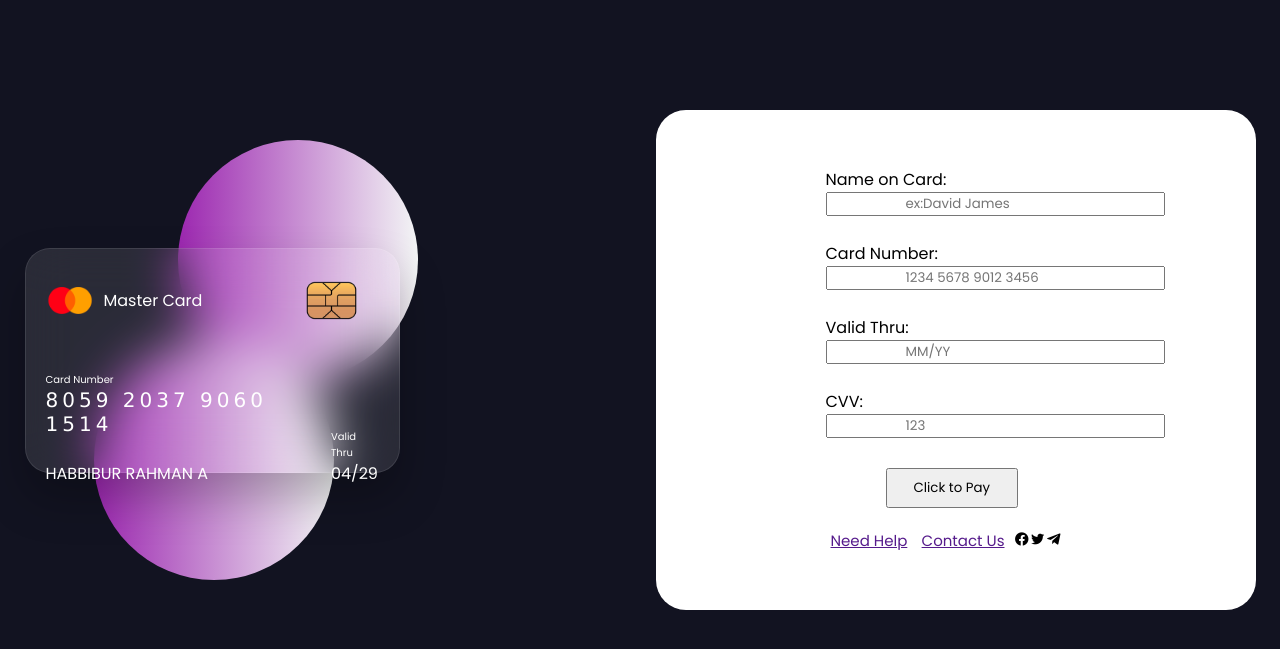
Repository: Habeebur1493/-002-Prompt
Page: index.html
An editor plug-in stored every save of this project. The page is shown before and after a run of saves, followed by the edit.
The browser window is 1280 px wide. The pictures show the whole page.

Above is the page before, as saved 2024-09-11 01:39:49.

After the next 4 saves:
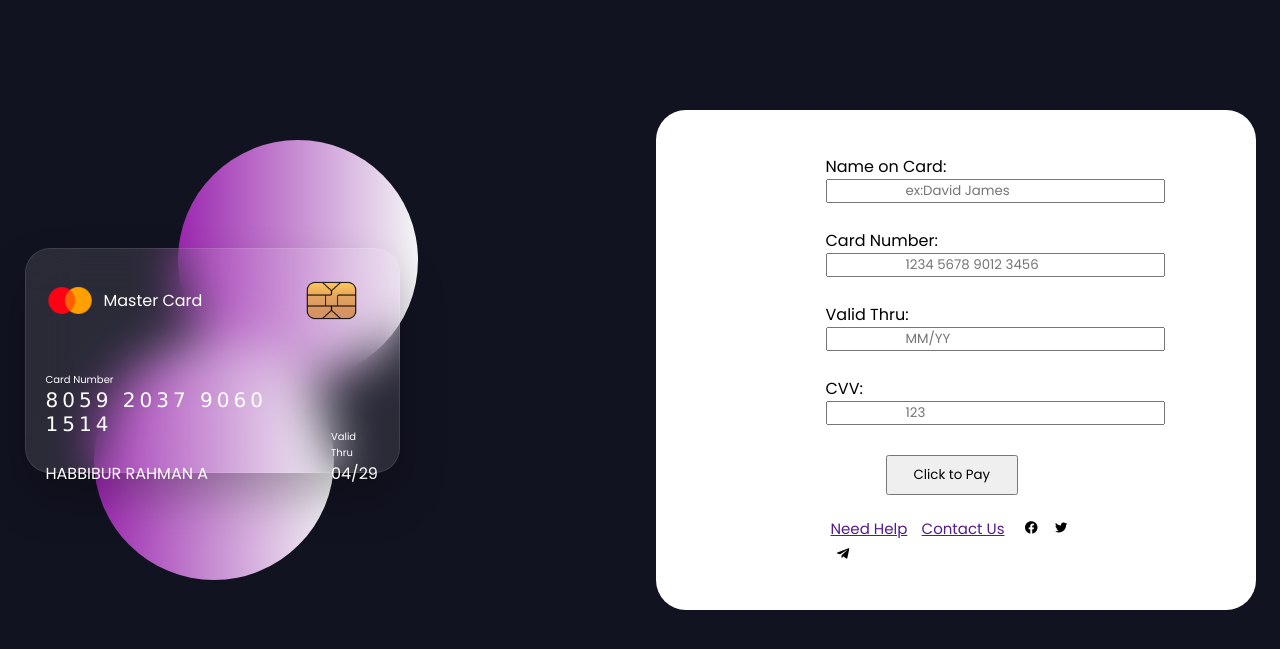
The 4 saves are shown as one change because they came seconds apart.
The last was saved 14 s later.
--- a/style.css
+++ b/style.css
@@ -201,3 +201,8 @@
     font-size: 15px;
     padding: 5px;
 }
+.data i{
+    font-size: 15px;
+    padding: 5px;
+    margin-left: 5px;
+}
